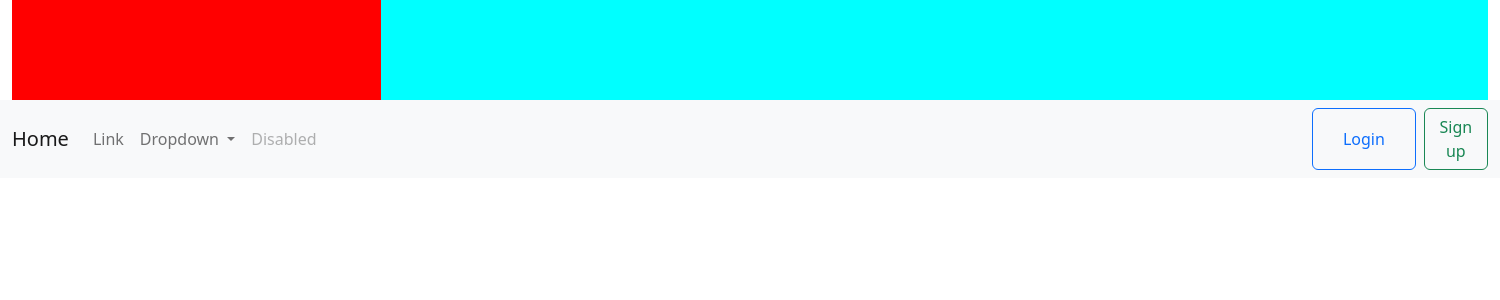
Repository: nguyenhung50497/MD2_bootstrap
Page: BT_giaoDienWeb/index.html
The author's editor kept a copy of each file at every save. The page is drawn from the files as they stood at one save, then again after a run of saves.
The browser window is 1280 px wide. The page is 1500 px wide, so the pictures cover 1500 px, including what lies to the right of the window. The pictures show the whole page.

Above is the page before, as saved 2022-11-30 13:52:08.

After the next 3 saves:
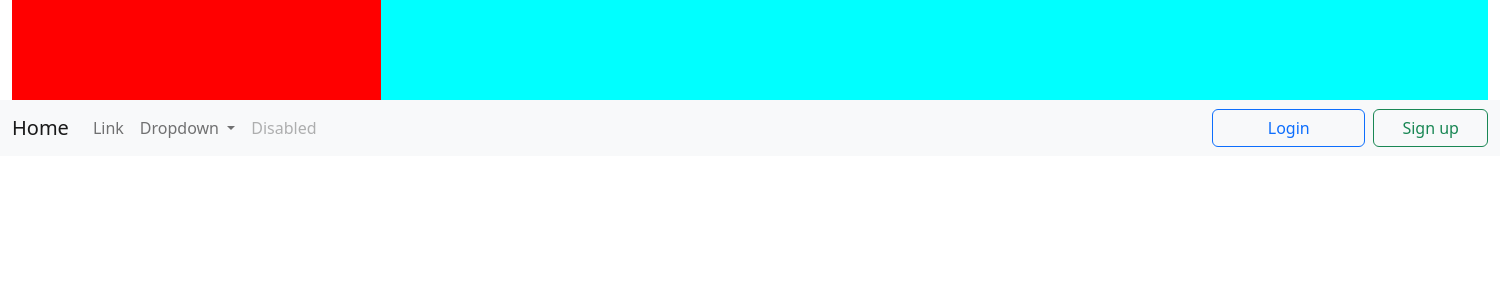
The 3 saves are shown as one change because they came seconds apart.
The last was saved 8 s later.
--- a/BT_giaoDienWeb/index.html
+++ b/BT_giaoDienWeb/index.html
@@ -57,7 +57,7 @@
             </ul>
             <form class="d-flex" role="search">
               <button class="form-control me-2 btn btn-outline-primary">Login</button>
-              <button class="btn btn-outline-success" type="submit" style="width: 100px;">Sign up</button>
+              <button class="btn btn-outline-success" type="submit" style="width: 200px;">Sign up</button>
             </form>
           </div>
         </div>
